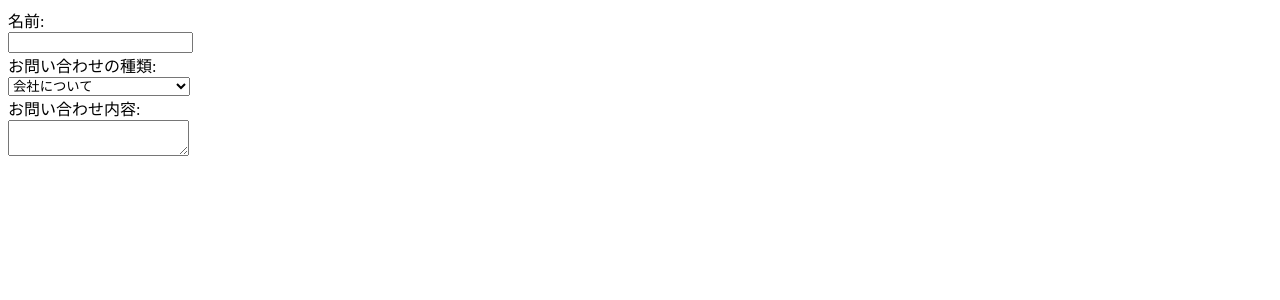
Repository: Hiramatsu12345/test
Page: http://localhost/HelloServlet/inquiry.jsp
The author's editor kept a copy of each file at every save. The page is drawn from the files as they stood at one save, then again after the next save.
The browser window is 1280 px wide. The pictures show the whole page.
The page is served by Tomcat 9. Other server files are loaded and not shown.

Above is the page before, as saved 2018-05-30 05:35:17.

### HelloServlet/WebContent/inquiry.jsp
<%@ page language="java" contentType="text/html; charset=UTF-8"
    pageEncoding="UTF-8"%>
<!DOCTYPE html PUBLIC "-//W3C//DTD HTML 4.01 Transitional//EN" "http://www.w3.org/TR/html4/loose.dtd">
<html>
<head>
<meta http-equiv="Content-Type" content="text/html; charset=UTF-8">
<title>お問い合わせフォーム</title>
</head>
<body>

	<form method="post" action="InquiryServlet">
		名前:<br><input type="text" name="name"><br>
		お問い合わせの種類:<br><select name="qtype">
			<option value="company">会社について</option>
			<option value="product">製品について</option>
			<option value="support">アフターサポートについて</option>
		</select><br>お問い合わせ内容:<br>
		<textarea name="body">
	</textarea>

</body>
</html>

After the next save:
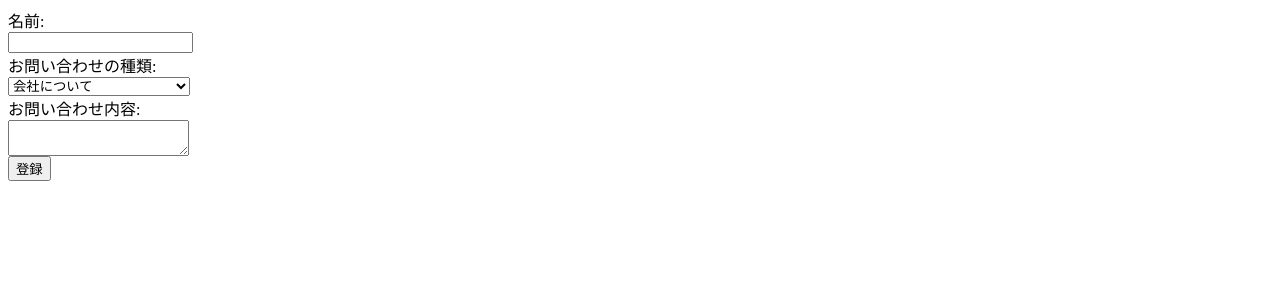
Saved 56 s later.
--- a/HelloServlet/WebContent/inquiry.jsp
+++ b/HelloServlet/WebContent/inquiry.jsp
@@ -17,6 +17,8 @@
 		</select><br>お問い合わせ内容:<br>
 		<textarea name="body">
 	</textarea>
+		<br><input type="submit" value="登録">
+	</form>
 
 </body>
 </html>
